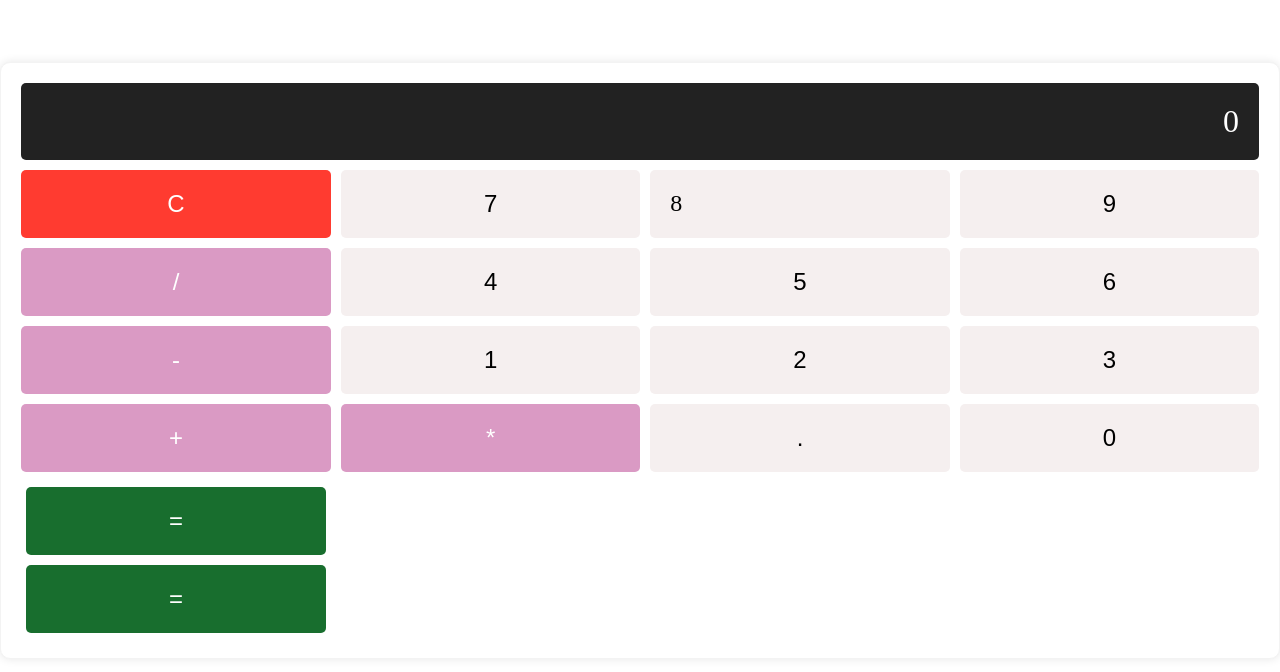
Repository: alizey12/calculator
Page: index.html
The author's editor kept a copy of each file at every save. The page is drawn from the files as they stood at one save, then again after the next save.
The browser window is 1280 px wide. The pictures show the whole page.

Above is the page before, as saved 2024-11-23 20:22:24.

### index.html
<!DOCTYPE html>
<html lang="en">
<head>
    <meta charset="UTF-8">
    <meta name="viewport" content="width=device-width, initial-scale=1.0">
    <title>Document</title>
    <link rel="stylesheet" href="styles.css">
</head>
<body>
 <div class="calculator">
            <div class="display" id="display">0</div>
            <div class="buttons">


                <button class="btn"  id="clear">C</button>
                <button onclick="appendValue('7')"  class="btn">7</button>
                <buttonon click="appendValue('8')"  class="btn">8</buttonon>
                <button onclick="appendValue('9')" class="btn">9</button>
                <button onclick="operate('/')" class="btn operator">/</button>
                <button onclick="appendValue('4')" class="btn">4</button>
                <button onclick="appendValue('5')" class="btn">5</button>
                <button onclick="appendValue('6')" class="btn">6</button>
                <button onclick="operate('-')" class="btn operator">-</button>
                <button onclick="appendValue('1')" class="btn">1</button>
                <button onclick="appendValue('2')" class="btn">2</button>
                <button onclick="appendValue('3')" class="btn">3</button>
                <button onclick="operate('+')" class="btn operator">+</button>
                <button onclick="operate('*')" class="btn operator">*</button>
                <button  onclick="appendValue('.')" class="btn">.</button>
                <button onclick="appendValue('0')" class="btn">0</button>
                <button class="btn operator" id="equals">=</button>


            </div>
            <button class="btn operator" id="equals">=</button>

        </div>


    <script src="script.js"></script>
</body>
</html>

### styles.css
body {
    display: flex;
    justify-content: center;
    align-items: center;
    height: 100vh;
    background-color: #ffffff;
    margin: 0;
}

.calculator {
    border: 1px solid #f3f3f3;
    border-radius: 10px;
    padding: 20px;
    background-color: #fff;
    box-shadow: 0 0 10px rgba(0, 0, 0, 0.1);
}

.display {
    font-size: 2em;
    margin-bottom: 10px;
    padding: 20px;
    background-color: #222;
    color: #fff;
    text-align: right;
    border-radius: 5px;
}


.buttons {
    display: grid;
    grid-template-columns: repeat(4, 1fr);
    gap: 10px;
}

.btn {
    padding: 20px;
    font-size: 1.5em;
    border: none;
    border-radius: 5px;
    background-color: #f5efef;
    cursor: pointer;
}

.btn.operator {
    background-color: #da9ac4;
    color: #fff;
}

.btn#clear {
    background-color: #ff3b30;
    color: #fff;
}

#equals {
 width: 300px;
 margin: 5px;
    background-color: #186e2e;
    color: #fff;
}

### script.js
let displayValue = '';

function appendValue(value) {
    displayValue += value;
    updateDisplay();
}

function operate(operator) {
    displayValue += ` ${operator} `;
    updateDisplay();
}

function clearDisplay() {
    displayValue = '';
    updateDisplay();
}

function calculate() {
    try {
        displayValue = eval(displayValue).toString();
    } catch {
        displayValue = 'Error';
    }
    updateDisplay();
}

function updateDisplay() {
    document.getElementById('display').value = displayValue;
}

After the next save:
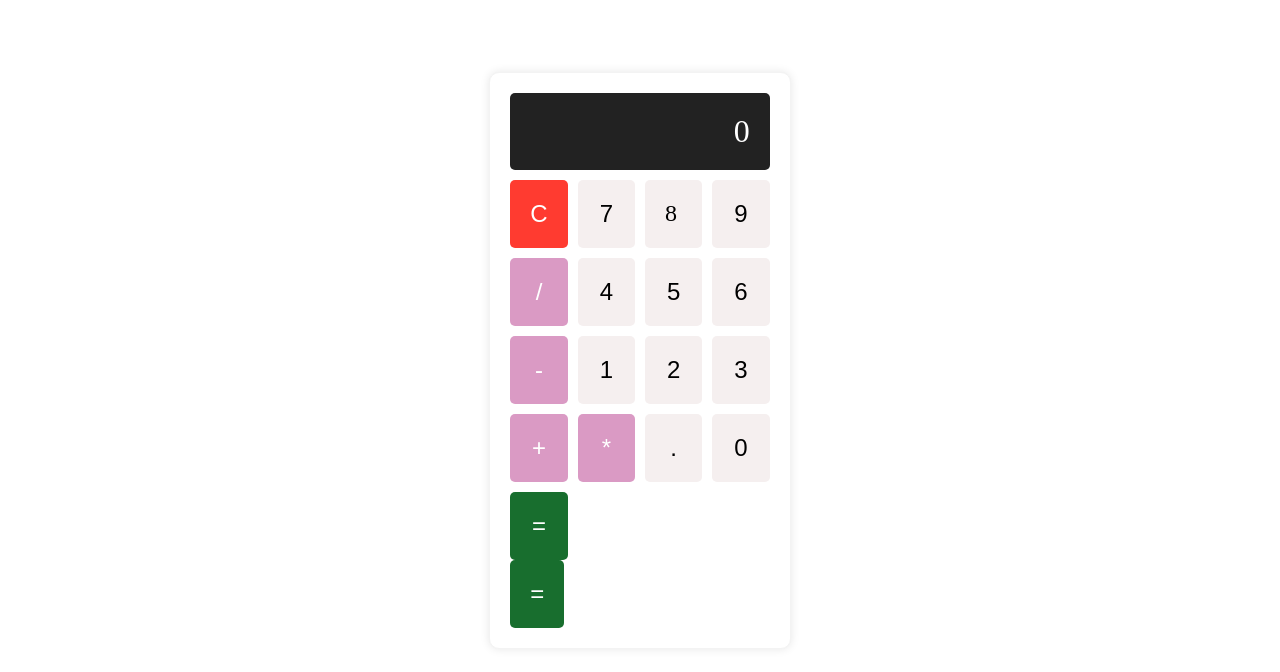
Saved 9 s later.
--- a/styles.css
+++ b/styles.css
@@ -52,8 +52,7 @@ body {
 }
 
 #equals {
- width: 300px;
- margin: 5px;
+
     background-color: #186e2e;
     color: #fff;
 }
